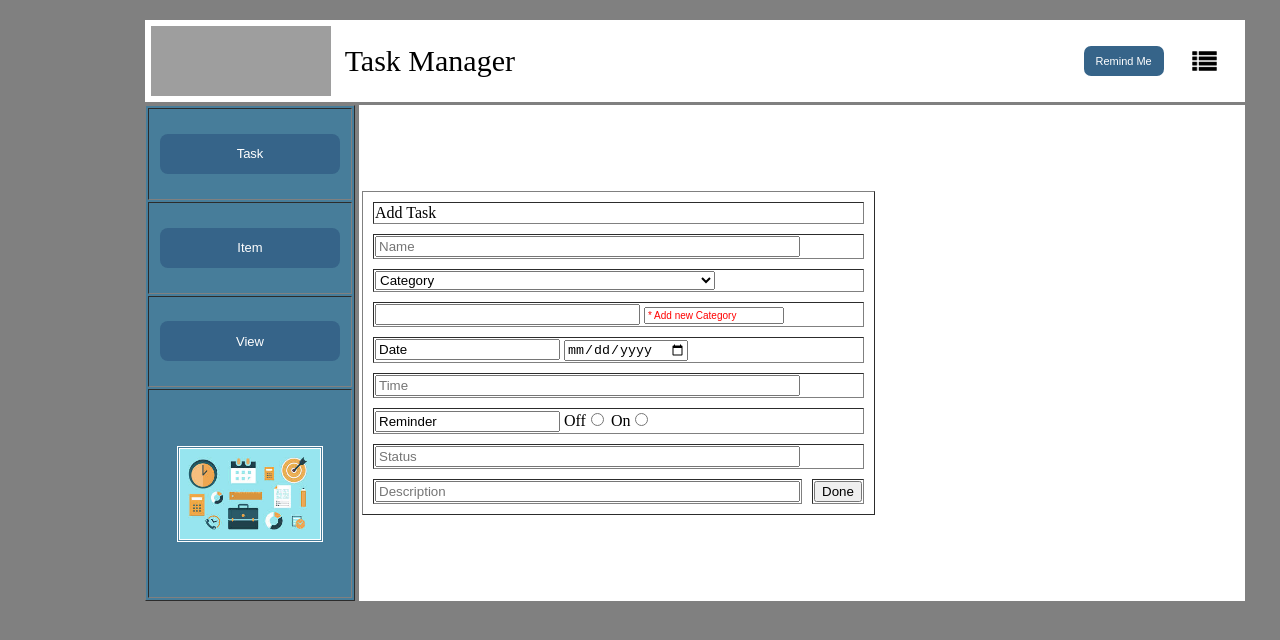
Repository: SnehaSalvi/TaskManagerProject
Page: http://localhost/TaskManagerChecklist/AddTask.jsp
These files come from the project's save history. The page is drawn as it stood at one moment and after the next save; the edit follows.
The browser window is 1280 px wide. The pictures show the whole page.
Pictures or frames that could not be fetched are drawn as grey boxes. The page is served by Tomcat 9.

Above is the page before, as saved 2016-10-14 08:39:20.

After the next save:
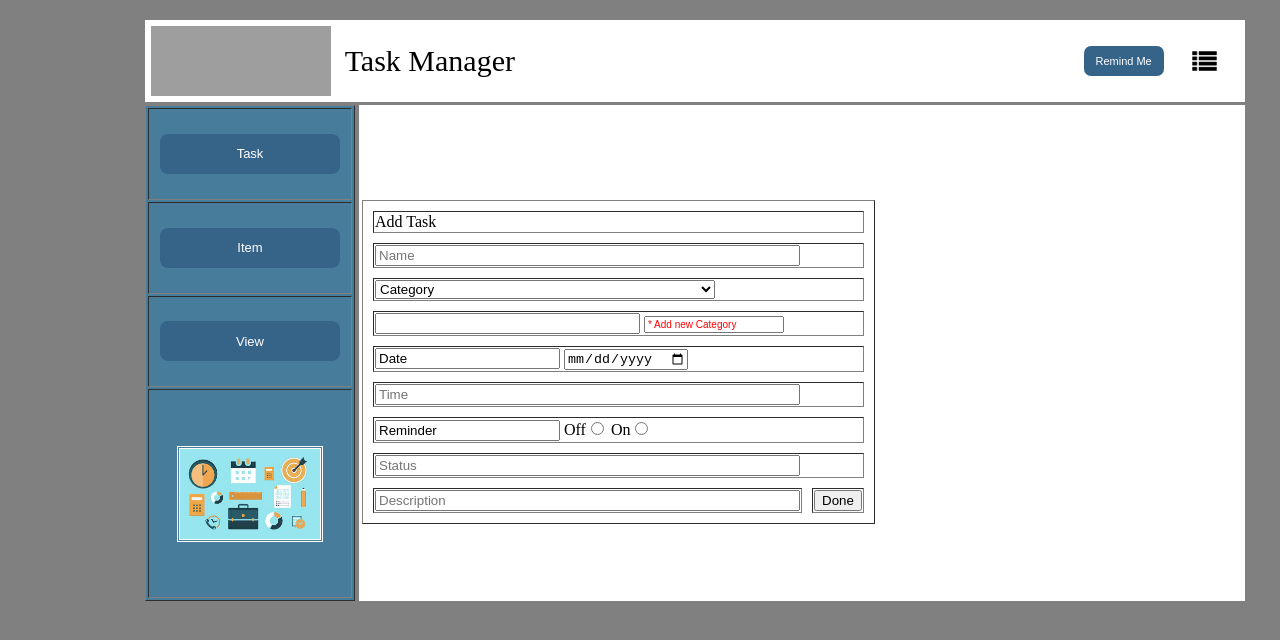
Saved 35 s later.
--- a/TaskManagerChecklist/WebContent/AddTask.jsp
+++ b/TaskManagerChecklist/WebContent/AddTask.jsp
@@ -58,7 +58,7 @@
 			<td>
 				<table id="table3">
 					<tr>
-						<td id="#td6">
+						<td id="#td6">&nbsp;&nbsp;&nbsp;&nbsp;
 							<table border="1" cellspacing="10">
 								<tr>
 									<td colspan="2">
